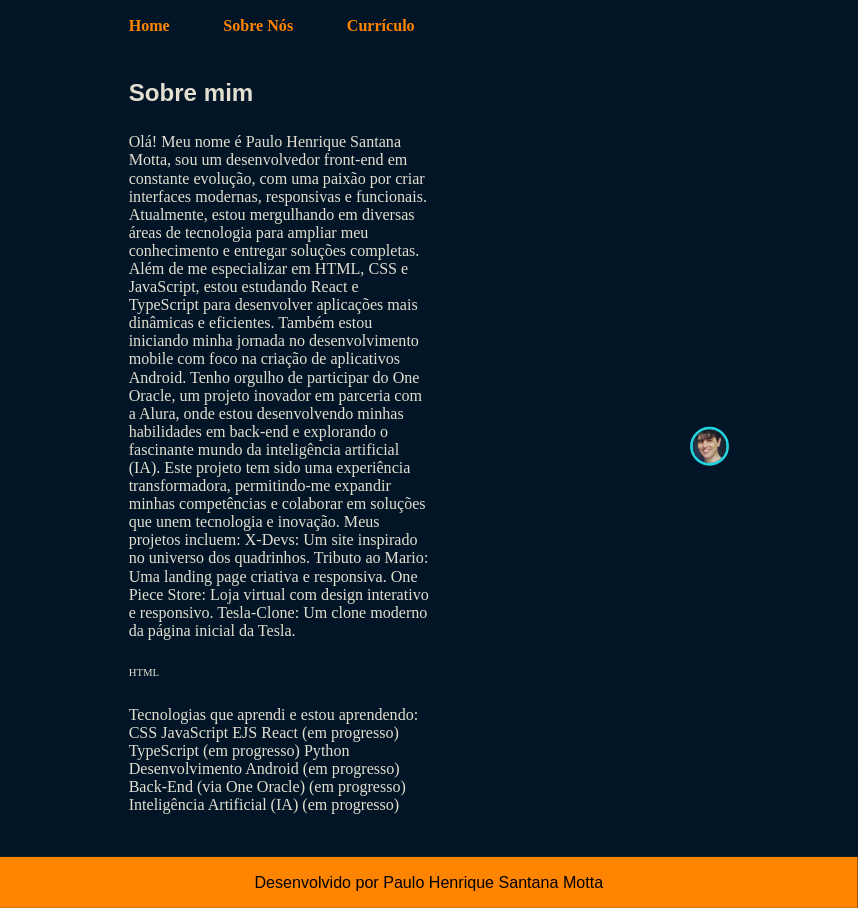
Repository: phsmottanerd/projeto-portfolio-alura
Page: about.html
An editor plug-in stored every save of this project. The page is shown before and after the next save, followed by the edit.
The browser window is 1280 px wide. The pictures show the whole page, at 67% of full size.
Some web fonts or font styles are not loaded; a fallback is used.

Above is the page before, as saved 2025-01-30 01:17:57.

After the next save:
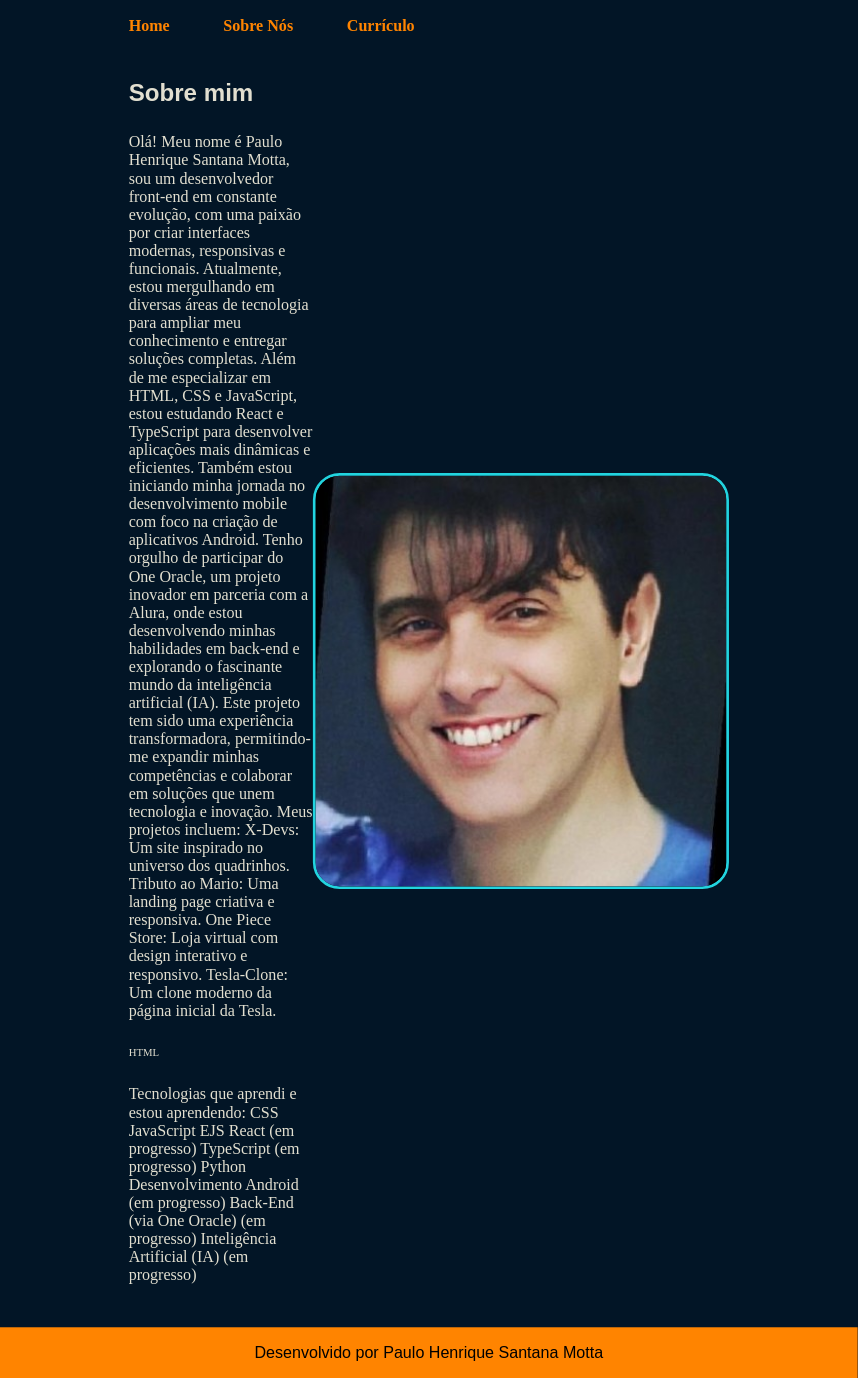
Saved 20 s later.
--- a/estilos/style.css
+++ b/estilos/style.css
@@ -112,6 +112,6 @@ body {
 .apresentacao__imagem  {
   border-radius: 40px;
   border: 4px solid #22d4Df;
-  width: 50px;
+  width: 1000px;
   heighit: 50px;
 }
